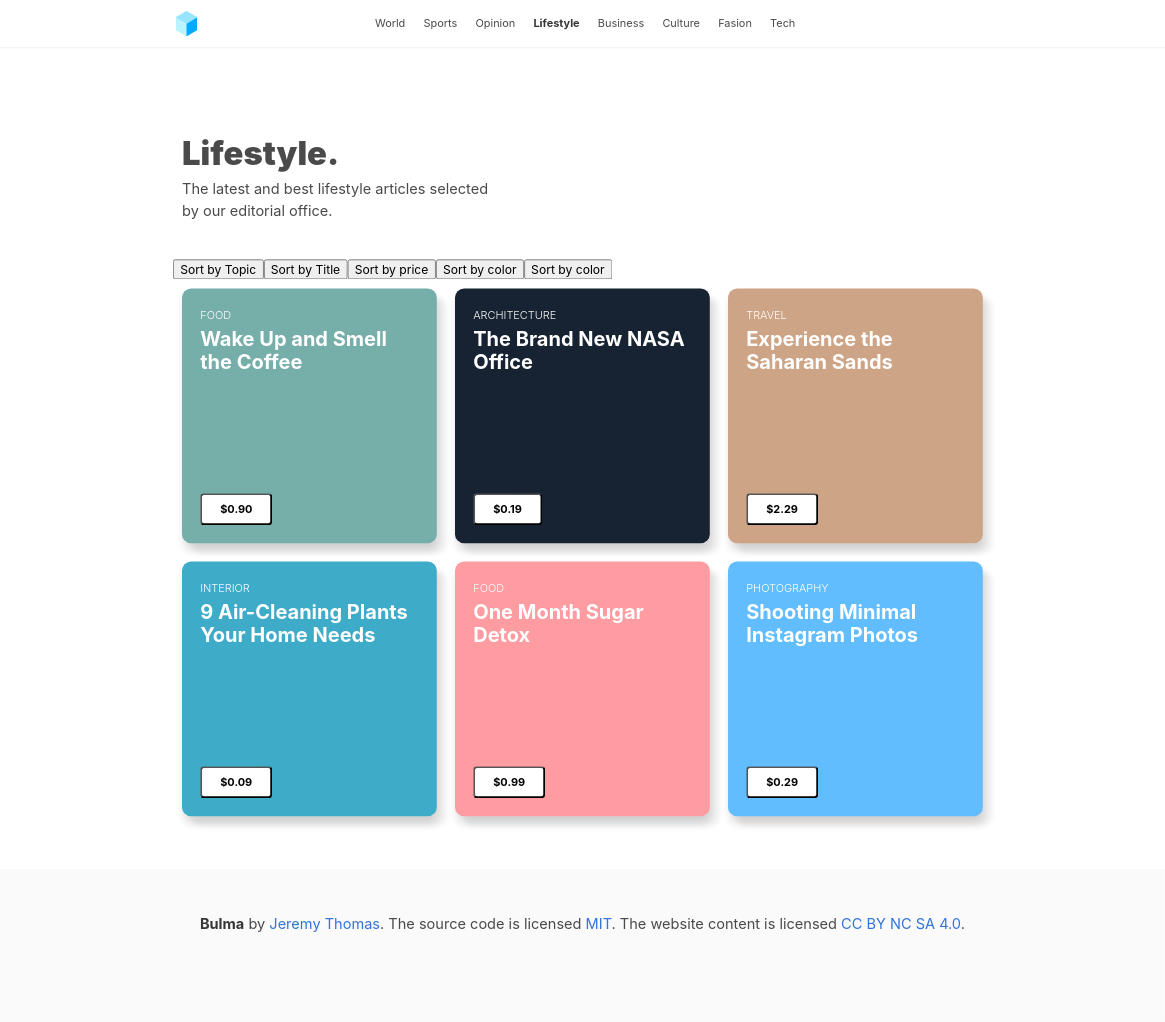
Repository: DOODpls/js_ass1
Page: index.html
These files come from the project's save history. The page is drawn as it stood at one moment and after the next save; the edit follows.
The browser window is 1280 px wide. The pictures show the whole page, at 91% of full size.

Above is the page before, as saved 2019-11-22 19:35:51.

After the next save:
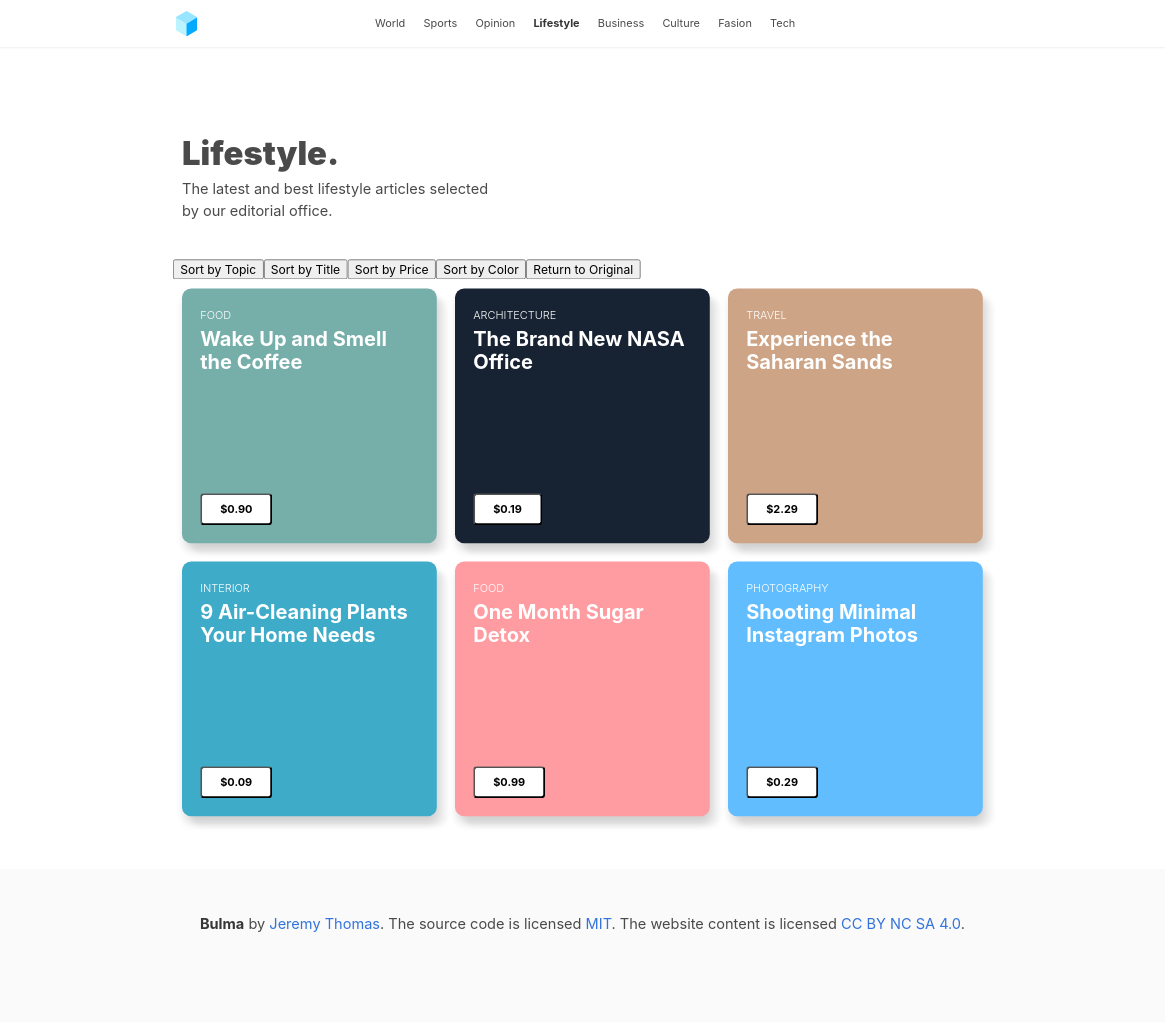
Saved 17 s later.
--- a/app.js
+++ b/app.js
@@ -120,15 +120,15 @@ const data = [
     const btn3 = document.createElement('button')
     btn3.className= 'price'
     btn3.id = "butt3"
-    btn3.innerText = "Sort by price"
+    btn3.innerText = "Sort by Price"
     const btn4 = document.createElement('button')
     btn4.className= 'price'
     btn4.id = "butt4"
-    btn4.innerText = "Sort by color"
+    btn4.innerText = "Sort by Color"
     const btn5 = document.createElement('button')
     btn5.className= 'price'
     btn5.id = "butt5"
-    btn5.innerText = "Sort by color"
+    btn5.innerText = "Return to Original"
     container.append(btn1, btn2, btn3, btn4, btn5)
 
     function sort1(){
